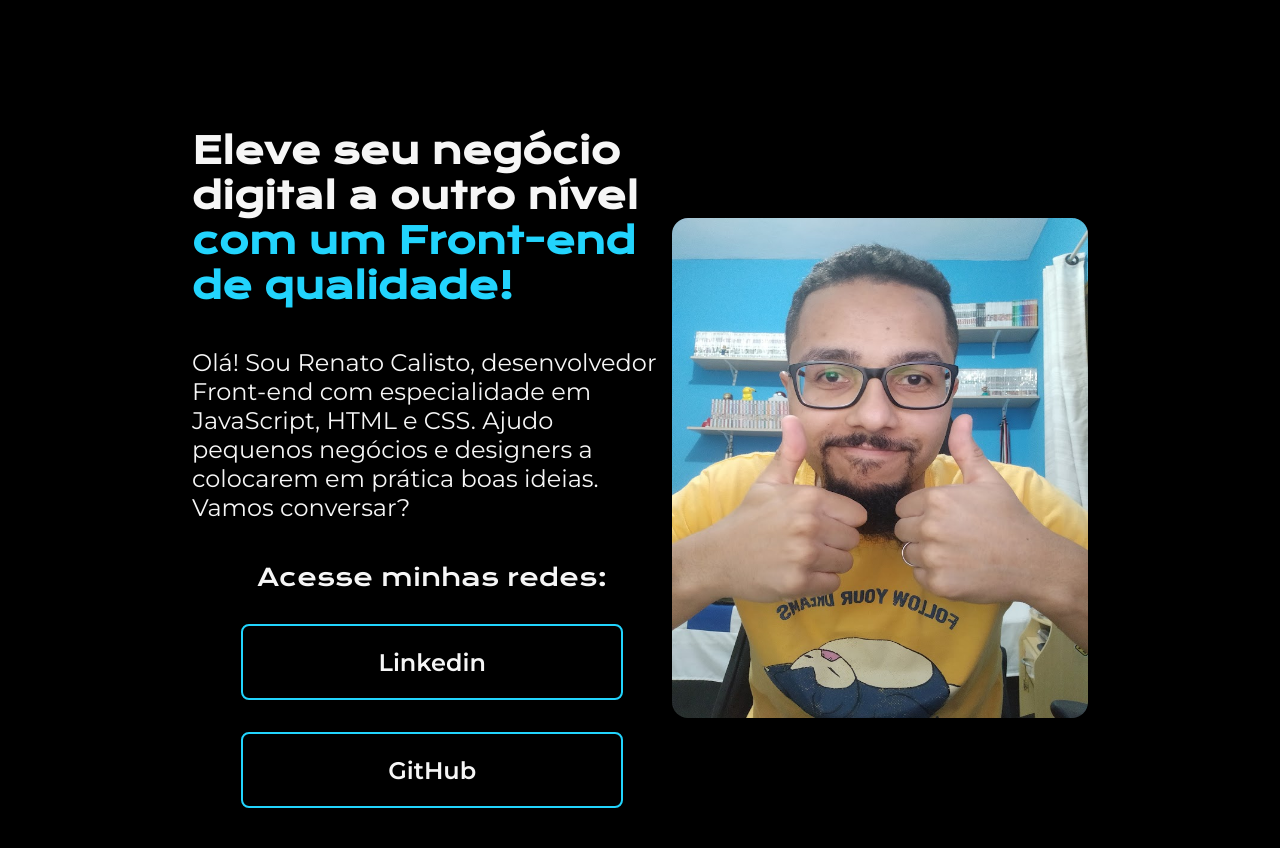
Repository: RenatoCCS/Portfolio_Alura
Page: index.html
These files come from the project's save history. The page is drawn as it stood at one moment and after the next save; the edit follows.
The browser window is 1280 px wide. The pictures show the whole page.

Above is the page before, as saved 2023-02-27 20:51:01.

After the next save:
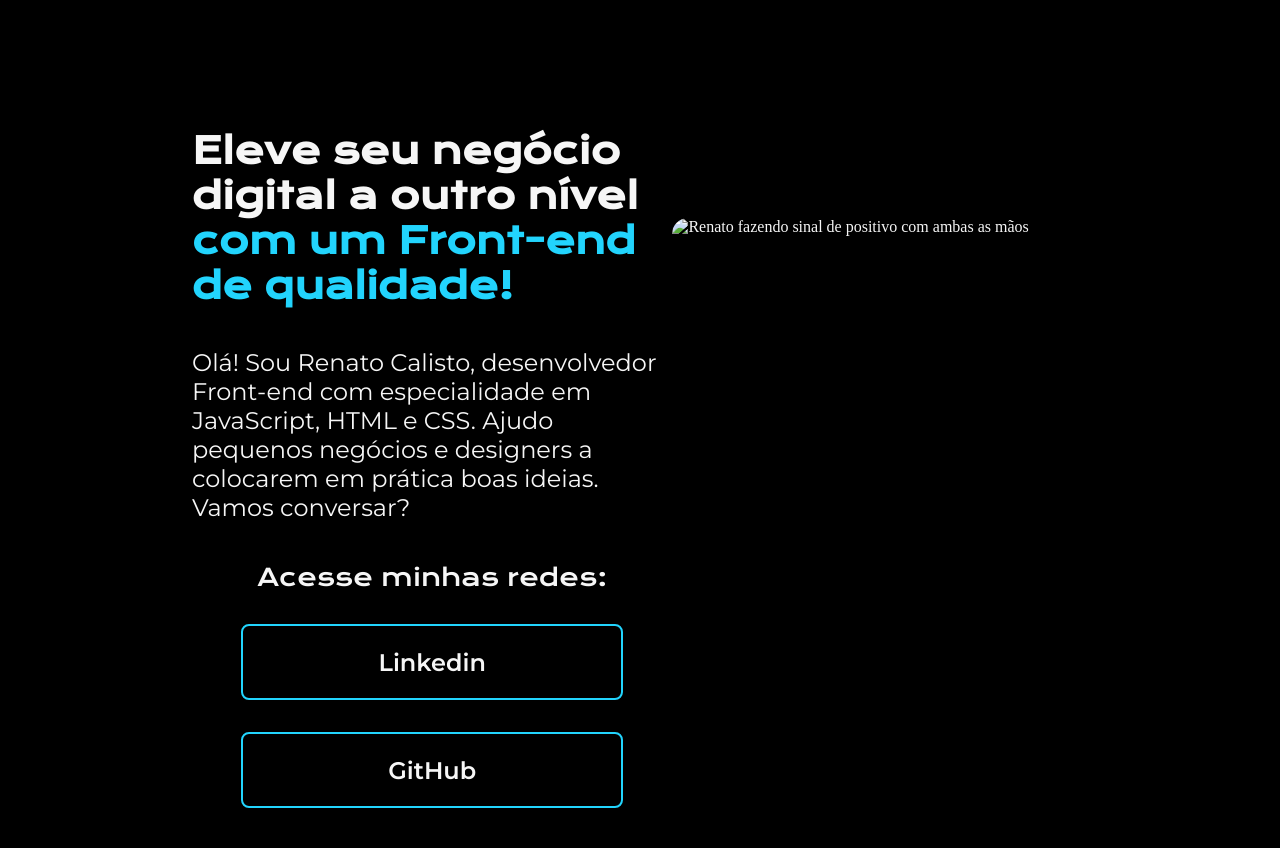
Not found: renato1.jpg
Saved 17 h 55 min later.
--- a/index.html
+++ b/index.html
@@ -38,7 +38,7 @@
       </section>
       <img
         class="apresentacao__foto"
-        src="renato.jpg"
+        src="renato1.jpg"
         alt="Renato fazendo sinal de positivo com ambas as mãos"
       />
     </main>
